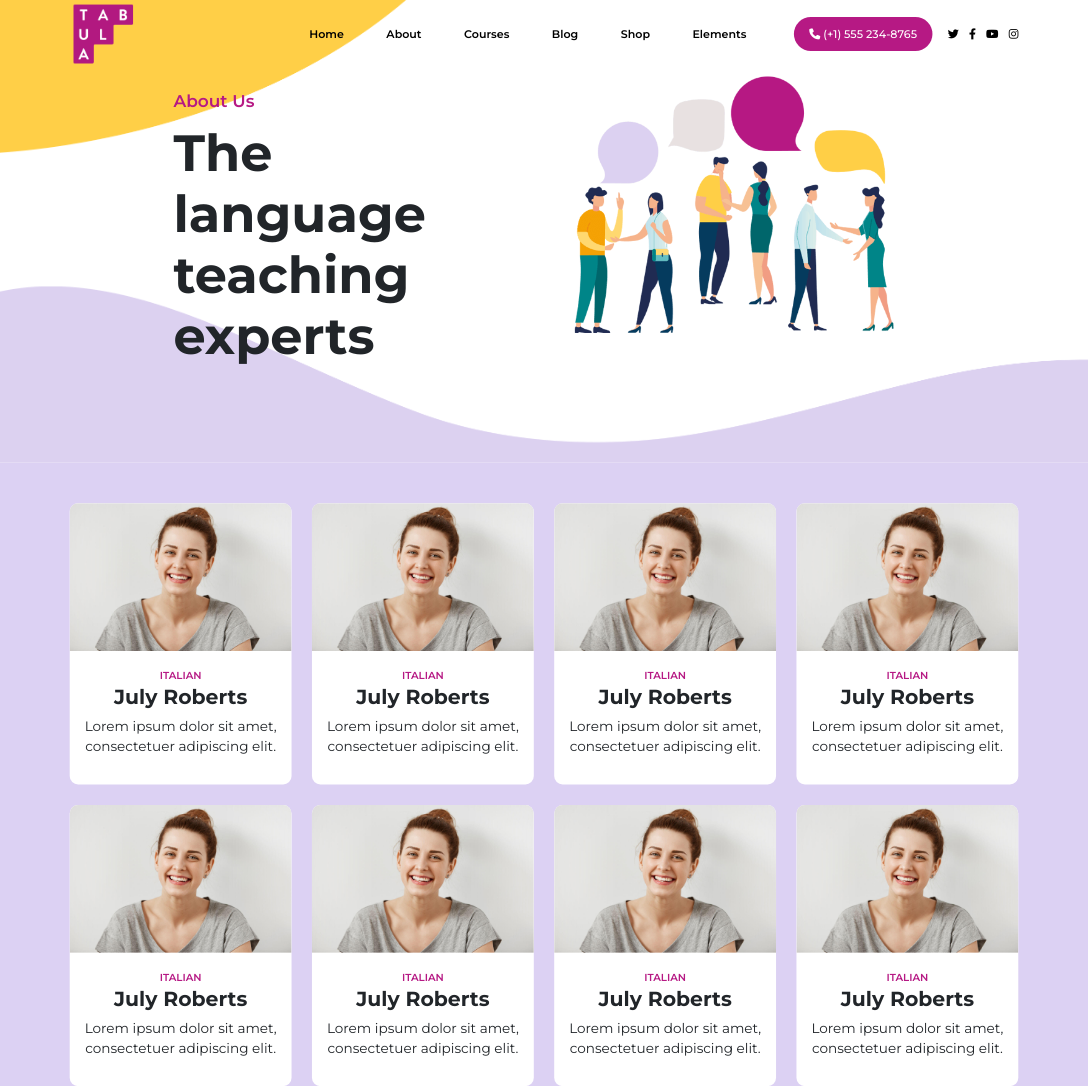
Repository: minhtrivu6199/tabula
Page: index.html
These files come from the project's save history. The page is drawn as it stood at one moment and after the next save; the edit follows.
The browser window is 1280 px wide. The pictures show the whole page, at 85% of full size.
Some web libraries are served in a nearby version. The style sheet was rebuilt from its Sass, Less or Tailwind sources for each picture, by a compiler version that may differ from the author's.

Above is the page before, as saved 2022-09-28 08:06:23.

After the next save:
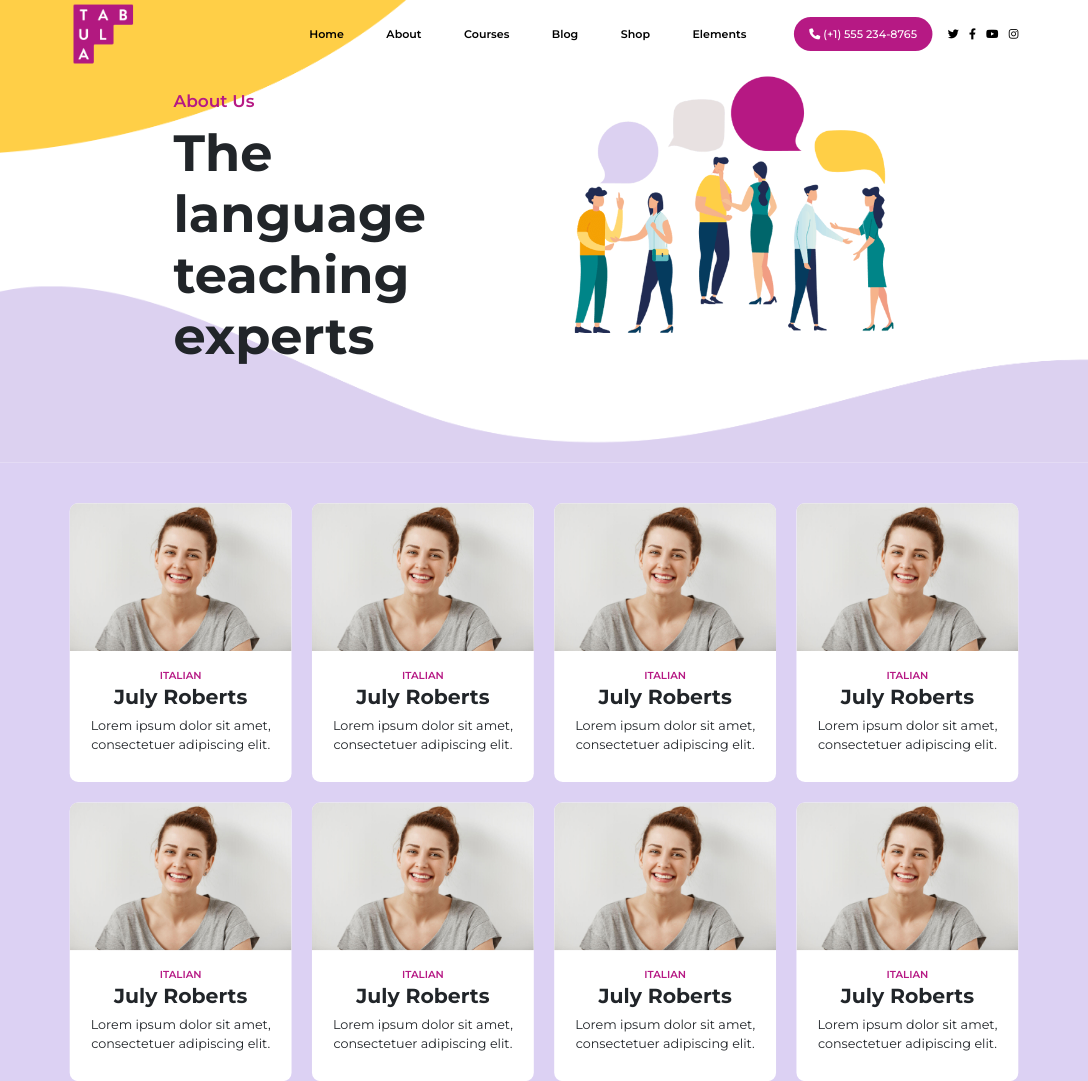
Saved 26 s later.
--- a/scss/style.scss
+++ b/scss/style.scss
@@ -223,7 +223,7 @@ img {
                     }
 
                     .text {
-
+                        font-size: 15px;
                     }
                 }
             }
